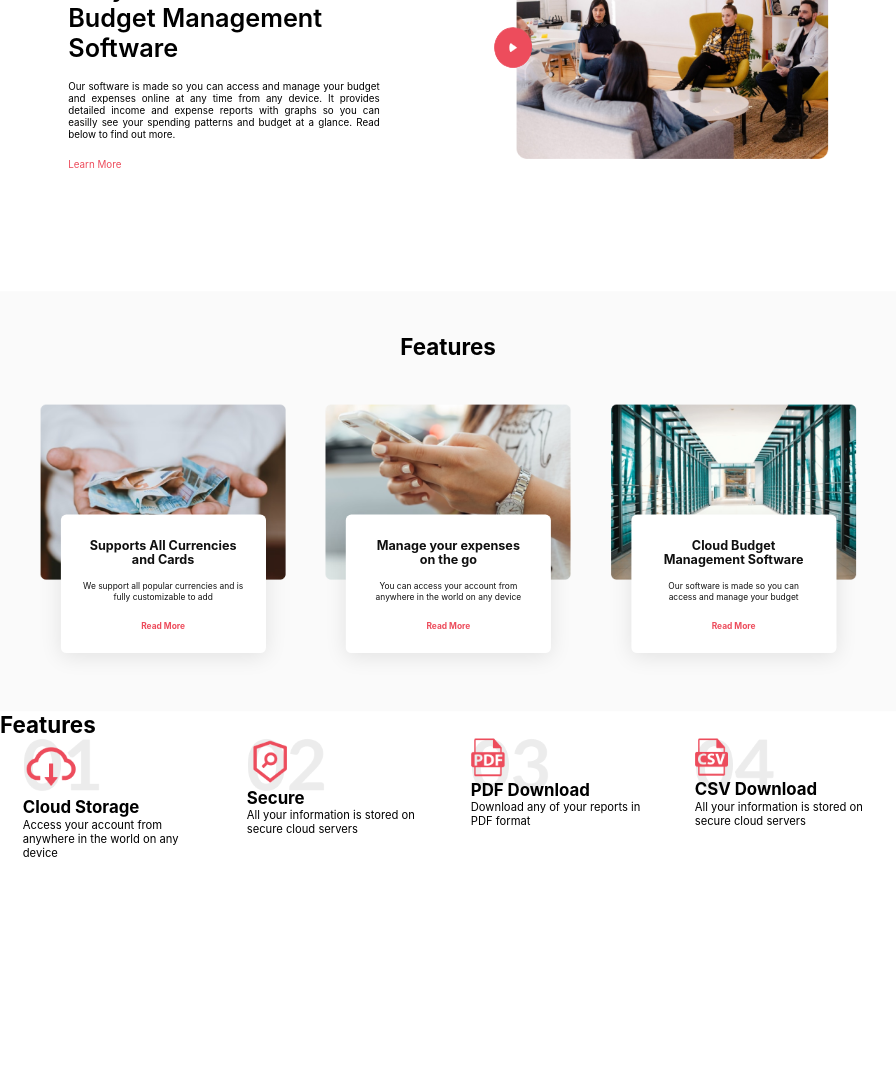
Repository: Ola-22/cloudBudget
Page: /
The author's editor kept a copy of each file at every save. The page is drawn from the files as they stood at one save, then again after the next save.
The browser window is 1280 px wide. The pictures show the part of the page from y = 960 to 2880 px (the page is 2515 px tall before and 2880 px after), at 70% of full size.
The project was rebuilt for these pictures with package versions that can differ from the ones it lists, and the page was loaded fresh each time.

Above is the page before, as saved 2021-09-13 16:49:59.

### src/App.js
import "./App.css";
import {
  Navbar,
  MainContent,
  VideoSection,
  Features,
  Technology,
} from "./components/component-path";

function App() {
  return (
    <div className="App">
      <div
        className="app-main"
        style={{
          backgroundImage:
            "linear-gradient(90deg, rgba(213, 32, 71, 0.8) 0%, rgba(238, 61, 27, 0.8) 100%),url(/images/bg.png)",
          height: "782px",
        }}
      >
        <Navbar />
        <MainContent />
      </div>
      <VideoSection />
      <Features />
      <Technology />
    </div>
  );
}

export default App;

### src/App.css
*{
  margin: 0;
  padding: 0;
  box-sizing: border-box;
}

.app-main{
  /* height: 782px; */
  background-position: center;
  background-repeat: no-repeat;
  background-size: cover;
  position: relative;
}

### src/Components/component-path.js
export { default as Navbar } from "./Navbar";
export { default as MainContent } from "./MainContent";
export { default as VideoSection } from "./VideoSection";
export { default as Features } from "./Features";
export { default as Technology } from "./Technology";

### src/Components/Navbar/index.jsx
import "./style.scss";
import { Link, BrowserRouter as Router } from "react-router-dom";

function Navbar() {
  return (
    <div className="nav-main">
      <div className="nav-box">
        <img src="/images/Vector.png" alt="" />
        <h3>CLOUDBUDGET</h3>
      </div>
      <Router>
        <nav>
          <Link to="/">overview</Link>
          <Link to="/">features</Link>
          <Link to="/">technology</Link>
          <Link to="/">contact</Link>
          <Link to="/">sign up</Link>
        </nav>
      </Router>
      <div style={{ display: "flex", cursor: "pointer" }}>
        <div className="flag-box">
          <img src="/images/flag.png" alt="" />
          <h4>EN</h4>
          <img src="/images/vector2.png" alt="" />
        </div>
        <button>Login</button>
      </div>
    </div>
  );
}

export default Navbar;

### src/Components/MainContent/index.jsx
import "./style.css";

export default function MainContent() {
  return (
    <div className="main-content">
      <h1>CloudBudget</h1>
      <p>
        Cloud budget management for everyone. Only €69.95 a Month After a 7 Day
        Trial of
        <br /> Up to €4.99
      </p>
      <button>sign up</button>
    </div>
  );
}

### src/Components/VideoSection/index.jsx
import "./style.scss";

export default function VideoSection() {
  return (
    <div className="videoMain">
      <div className="video-content">
        <h2>Easy to Use Cloud Budget Management Software</h2>
        <p>
          Our software is made so you can access and manage your budget and
          expenses online at any time from any device. It provides detailed
          income and expense reports with graphs so you can easilly see your
          spending patterns and budget at a glance. Read below to find out more.
        </p>
        <a href="#">Learn More</a>
      </div>
      <div>
        <img src="/images/play.png" alt="" />
        <img src="/images/Video_bg.png" alt="" />
      </div>
    </div>
  );
}

### src/Components/Features/index.jsx
import FeaturesCard from "./FeaturesCard";
import "./style.scss";

export default function Features() {
  return (
    <div className="features-main">
      <h1>Features</h1>
      <div>
        <FeaturesCard
          src="/images/features1.png"
          title="Supports All Currencies and Cards"
          paragraph="We support all popular currencies and is fully customizable to add"
          readmore="Read More"
        />
        <FeaturesCard
          src="/images/features2.png"
          title="Manage your expenses on the go"
          paragraph="You can access your account from anywhere in the world on any device"
          readmore="Read More"
        />
        <FeaturesCard
          src="/images/features3.png"
          title="Cloud Budget Management Software"
          paragraph="Our software is made so you can access and manage your budget"
          readmore="Read More"
        />
      </div>
    </div>
  );
}

### src/Components/Technology/index.jsx
import "./style.scss";
import TechCard from "./TechCard";

export default function Technology() {
  return (
    <>
      <h1>Features</h1>
      <div className="tech-main">
        <TechCard
          src="/images/tech1.png"
          title="Cloud Storage"
          paragraph="Access your account from anywhere in the world on any device"
          background="01.png"
        />
        <TechCard
          src="/images/tech2.png"
          title="Secure"
          paragraph="All your information is stored on secure cloud servers"
          background="02.png"
        />
        <TechCard
          src="/images/tech3.png"
          title="PDF Download"
          paragraph="Download any of your reports in PDF format"
          background="03.png"
        />
        <TechCard
          src="/images/tech4.png"
          title="CSV Download"
          paragraph="All your information is stored on secure cloud servers"
          background="04.png"
        />
      </div>
    </>
  );
}

### src/Components/Navbar/style.scss
@import "../../styles/variables.scss";

.nav-main{
  display: flex;
  align-items: center;
  justify-content: space-around;
  padding-top: 52px;
  & >nav{
    display: flex;
    & >a {
      margin-left: 20px;
      text-transform: uppercase;
      color: $whiteColor;
      font-size: 14px;
      text-decoration: none;
    }
  }

  & button{
    width: 100px;
    height: 40px;
    background-color: transparent;
    border-radius: 6px;
    border: 1px solid $whiteColor;
    font-size: 14px;
    text-transform: uppercase;
    color: $whiteColor;
    margin-inline-start: 28.81px;
    margin-inline-end: 28px;
  }
}

.nav-box{
  display: flex;
  // margin-left: 5%;
  & > h3{
    font-size: 18px;
    margin-left: 9.9px;
    color: white;
  }
}

.flag-box{
  display: flex;
  align-items: center;
  width: 96px;
  & > h4{
    font-size: 14px;
    color: $whiteColor;
    margin-inline-start: 13.81px;
    margin-inline-end: 13.81px;
  }
}

### src/Components/MainContent/style.css
.main-content {
  display: -webkit-box;
  display: -ms-flexbox;
  display: flex;
  -webkit-box-align: center;
      -ms-flex-align: center;
          align-items: center;
  -webkit-box-orient: vertical;
  -webkit-box-direction: normal;
      -ms-flex-direction: column;
          flex-direction: column;
  color: #ffffff;
  margin-top: 158px;
}

.main-content > h1 {
  font-size: 72px;
  text-transform: uppercase;
  margin-left: 18px;
  letter-spacing: 0.05em;
}

.main-content > p {
  font-size: 24px;
  width: 540px;
  height: 124px;
  font-weight: 600;
  overflow-wrap: break-word;
  text-align: center;
  margin: 0;
}

.main-content > button {
  background-color: #ffffff;
  border-radius: 6px;
  width: 160px;
  height: 50px;
  font-size: 14px;
  text-transform: uppercase;
  color: #ED4C5C;
  border: none;
  font-weight: 600;
  cursor: pointer;
}
/*# sourceMappingURL=style.css.map */

### src/Components/VideoSection/style.scss
@import "../../styles/variables.scss";

.videoMain{
  display: flex;
  justify-content: space-around;
  margin-top: 94px;
  height: 500px;
  flex-wrap: wrap;
  & > div:last-of-type{
    position: relative;
    & img:first-of-type{
      border: 1px solid $btnColor;
      background-color: $btnColor;
      border-radius: 50%;
      padding: 20px;
      // width: 18px;
      position: absolute;
      margin-top: 123px;
      left: -32px;
    }
  }
}

.video-content{
  width: 445px;
  & > h2{
    font-size: 36px;
    line-height: 43px;
    margin-top: 46px;
    font-weight: 600;
  }
  & > p{
    font-size: 14px;
    text-align: justify;
    margin: 24px 0;
  }
  & > a{
    color: $btnColor;
    font-size: 14px;
    text-decoration: none;
  }
}

### src/Components/Features/FeaturesCard/index.js
import "./style.scss";

export default function FeaturesCard({ src, title, paragraph, readmore }) {
  return (
    <div className="features-card">
      <img src={src} alt="" />
      <div>
        <h3>{title}</h3>
        <p>{paragraph}</p>
        <a href="#">{readmore}</a>
      </div>
    </div>
  );
}

### src/Components/Features/style.scss
.features-main{
  background-color: #fafafa;
  // padding-top: 60px;
  height: 600px;
  & >h1{
    text-align: center;
    padding-top: 60px;
    padding-bottom: 63px;
  }
  & > div:first-of-type{
    display: flex;
    justify-content: space-evenly;
    height: 660px;
    flex-wrap: wrap;
  }
}

### src/Components/Technology/style.scss
.tech-main{
  display: flex;
  justify-content: space-around;
  height: 500px;
  flex-wrap: wrap;
}

### src/Components/Technology/TechCard/index.jsx
import "./style.scss";

export default function TechCard({ src, title, paragraph, background }) {
  return (
    <div
      className="tech-card"
      style={{
        backgroundImage: `url(/images/${background}`,
        backgroundRepeat: "no-repeat",
      }}
    >
      <img src={src} alt="" />
      <h2>{title}</h2>
      <p>{paragraph}</p>
    </div>
  );
}

### src/styles/variables.scss
$whiteColor: #ffffff;
$blackColor: #000000;
$orangeColor: #EE3D1B;
$pinkColor: #D52047;
$btnColor: #ED4C5C;

### src/Components/Features/FeaturesCard/style.scss
@import "../../../styles/variables.scss";


.features-card{
  position: relative;
  text-align: center;
  & > div{
    background-color: $whiteColor;
    position: absolute;
    top: 157px;
    width: 293px;
    height: 198px;
    left: 29px;
    box-shadow: 0px 5px 30px rgba(0, 0, 0, 0.1);
    display: flex;
    flex-direction: column;
    align-items: center;
    color: #101010;
    border-radius: 8px;
    & > h3{
      margin-top: 33px;
      margin-bottom: 20px;
      font-size: 18px;
      width: 229px;
    }
    & > p{
      font-size: 12px;
      width: 229px;
      height: 57px;
    }
    & > a{
      color: $btnColor;
      font-size: 12px;
      font-weight: bold;
      text-decoration: none;
    }
  }
}

### src/Components/Technology/TechCard/style.scss

.tech-card{
  width: 255px;
  height: 226px;
}

Loaded but not shown: public/index.html (common file); src/index.js (common file); src/index.css (common file); src/reportWebVitals.js (common file)

After the next save:
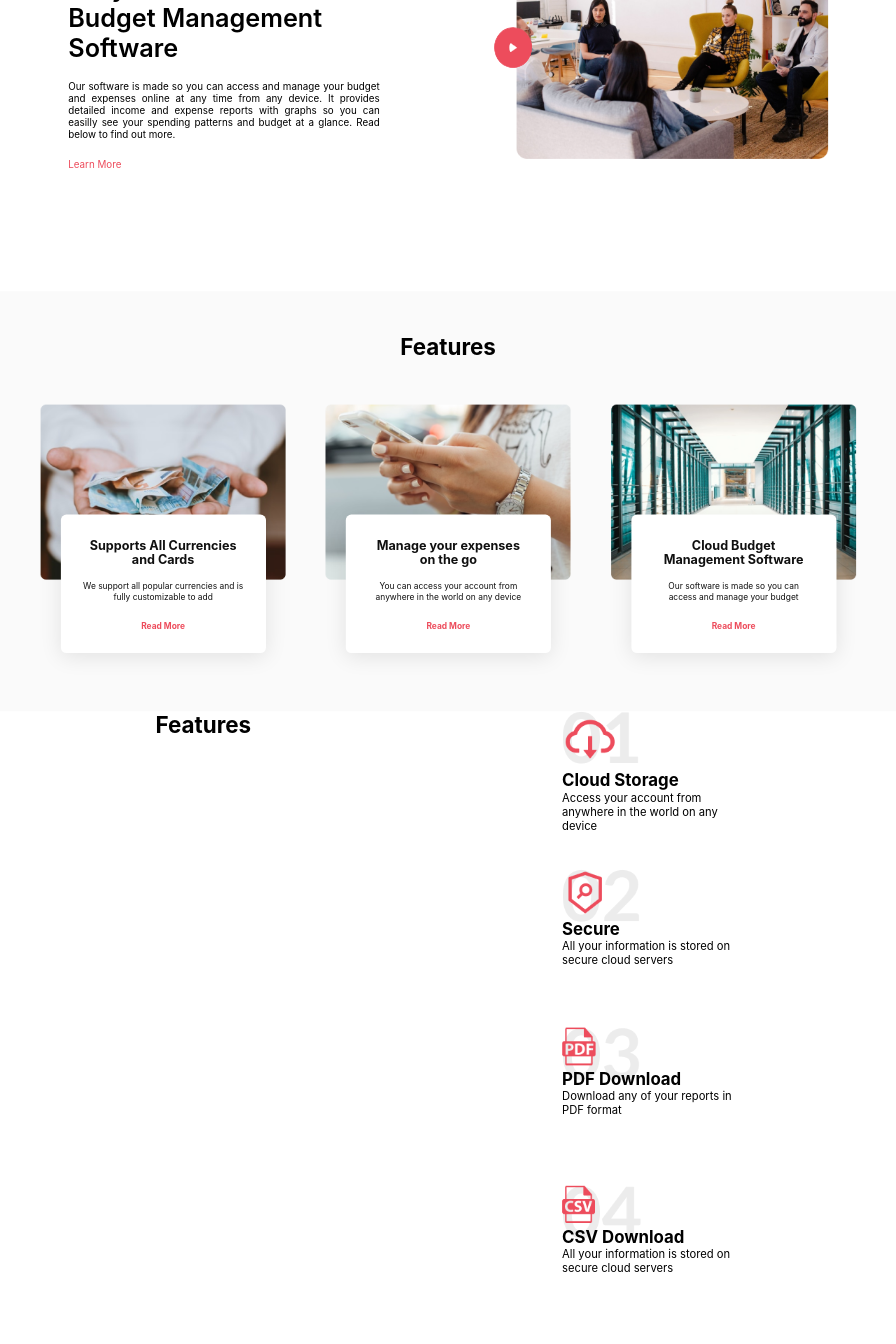
Saved 71 s later.
--- a/src/Components/Technology/index.jsx
+++ b/src/Components/Technology/index.jsx
@@ -3,9 +3,9 @@
 
 export default function Technology() {
   return (
-    <>
+    <div className="tech-main">
       <h1>Features</h1>
-      <div className="tech-main">
+      <div>
         <TechCard
           src="/images/tech1.png"
           title="Cloud Storage"
@@ -31,6 +31,6 @@
           background="04.png"
         />
       </div>
-    </>
+    </div>
   );
 }

After the save that followed:
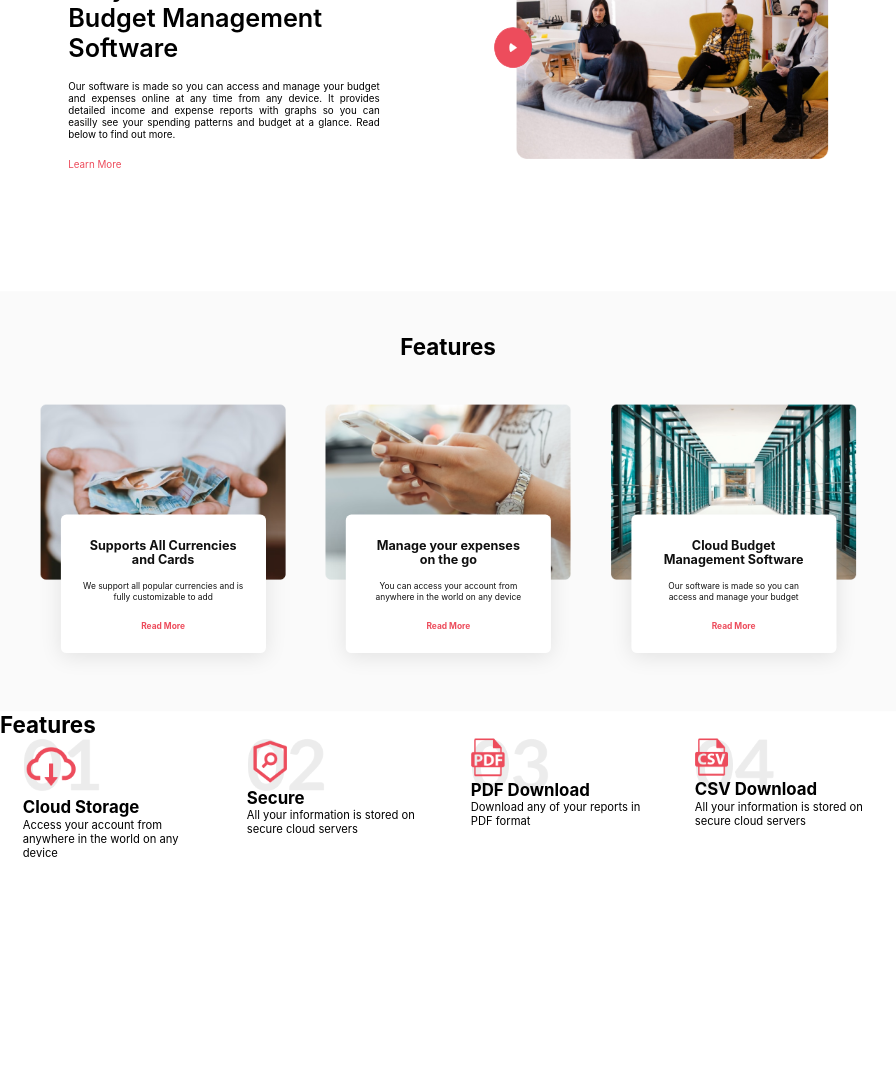
Saved 17 s later.
--- a/src/Components/Technology/index.jsx
+++ b/src/Components/Technology/index.jsx
@@ -3,9 +3,9 @@
 
 export default function Technology() {
   return (
-    <div className="tech-main">
+    <>
       <h1>Features</h1>
-      <div>
+      <div className="tech-main">
         <TechCard
           src="/images/tech1.png"
           title="Cloud Storage"
@@ -31,6 +31,6 @@
           background="04.png"
         />
       </div>
-    </div>
+    </>
   );
 }
